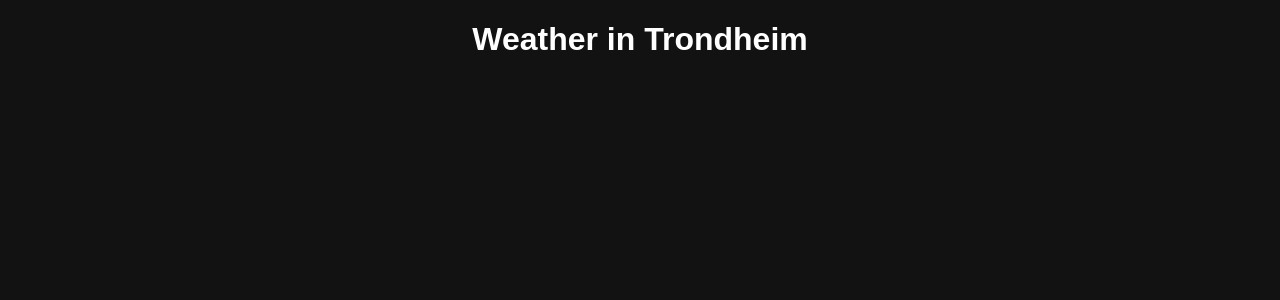
Repository: Larshalvorhansen/personalWebsite
Page: content/infoskjermV2/item-0_24TimerVær.html
The author's editor kept a copy of each file at every save. The page is drawn from the files as they stood at one save, then again after the next save.
The browser window is 1280 px wide. The pictures show the whole page.
The page's requests for data from a server got no answer.

Above is the page before, as saved 2025-02-17 11:51:51.

After the next save:
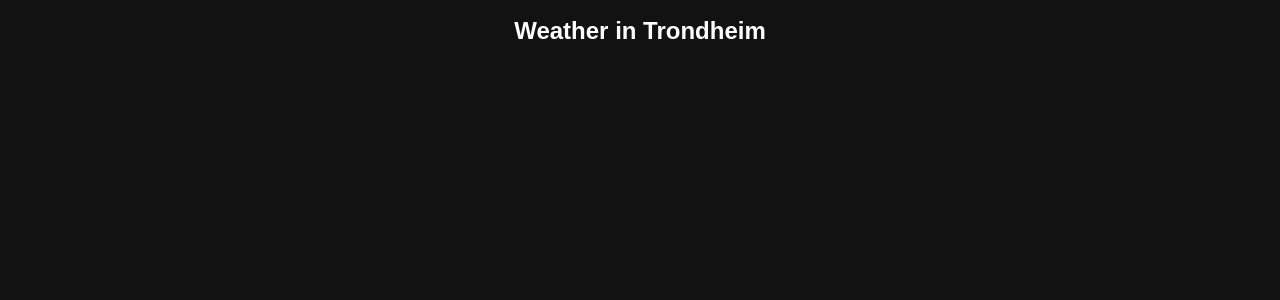
Saved 3 min 25 s later.
--- a/content/infoskjermV2/item-0_24TimerVær.html
+++ b/content/infoskjermV2/item-0_24TimerVær.html
@@ -7,22 +7,34 @@
     <title>Weather Graph</title>
     <script src="https://cdn.jsdelivr.net/npm/chart.js"></script>
     <style>
+        * {
+            margin: 0;
+            padding: 0;
+            box-sizing: border-box;
+        }
+
         body {
             background-color: #121212;
-            /* Dark mode background */
             color: #ffffff;
-            /* White text */
             font-family: Arial, sans-serif;
-            margin: 0;
-            padding: 0px;
+            display: flex;
+            flex-direction: column;
+            align-items: center;
+            justify-content: center;
+            height: 100vh;
+            width: 100vw;
+            overflow: hidden;
         }
 
         h1 {
-            text-align: center;
+            font-size: 1.5rem;
+            margin-bottom: 10px;
         }
 
         canvas {
-            margin: 0px auto;
+            display: block;
+            width: 100vw;
+            height: 90vh;
         }
     </style>
 </head>
